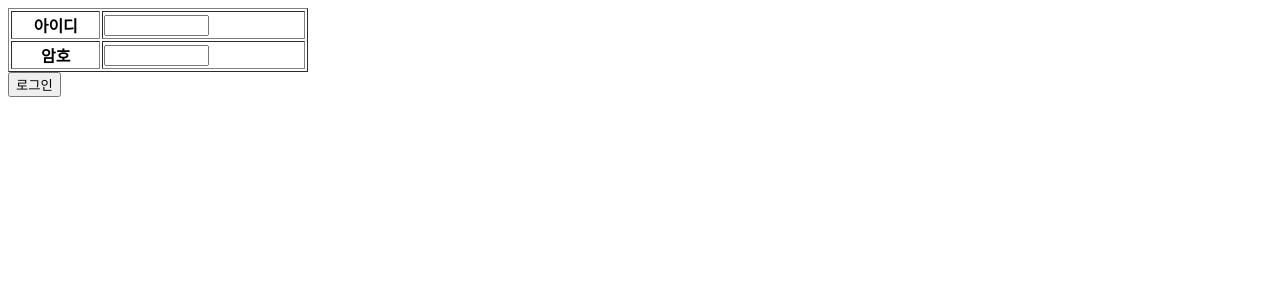
Repository: zzzzzzin/Server_Class
Page: http://localhost/JSPTest/login.jsp
An editor plug-in stored every save of this project. The page is shown before and after the next save, followed by the edit.
The browser window is 1280 px wide. The pictures show the whole page.
The page is served by Tomcat 9.

Above is the page before, as saved 2024-04-01 06:15:40.

### JSPTest/src/main/webapp/login.jsp
<%@ page language="java" contentType="text/html; charset=UTF-8"
    pageEncoding="UTF-8"%>
<!DOCTYPE html>
<html>
<head>
<meta charset="UTF-8">
<title>Insert title here</title>
</head>
<body>
	<table border width="300">
		<tr>
			<th>아이디</th>
			<td><input type="text" size="10"></td>
		</tr>
		<tr>
			<th>암호</th>
			<td><input type="password" size="10"></td>
		</tr>
	</table>
	<div>
		<input type="button" value="로그인">
	</div>
</body>
</html>

After the next save:
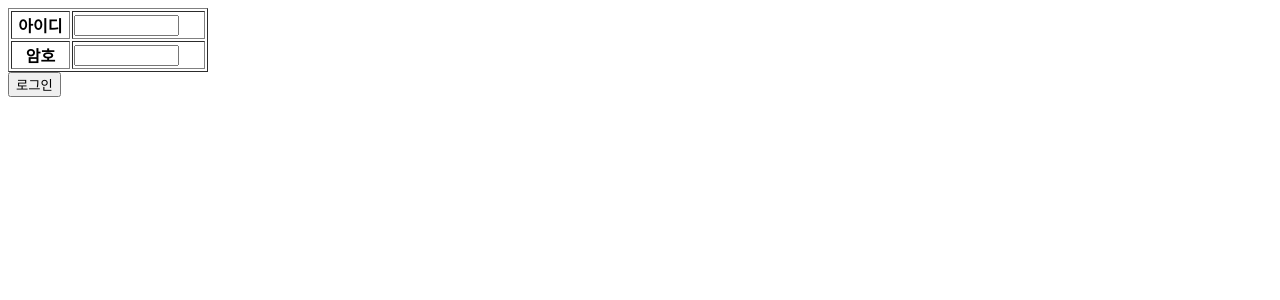
Saved 86 s later.
--- a/JSPTest/src/main/webapp/login.jsp
+++ b/JSPTest/src/main/webapp/login.jsp
@@ -7,7 +7,7 @@
 <title>Insert title here</title>
 </head>
 <body>
-	<table border width="300">
+	<table border width="200">
 		<tr>
 			<th>아이디</th>
 			<td><input type="text" size="10"></td>
